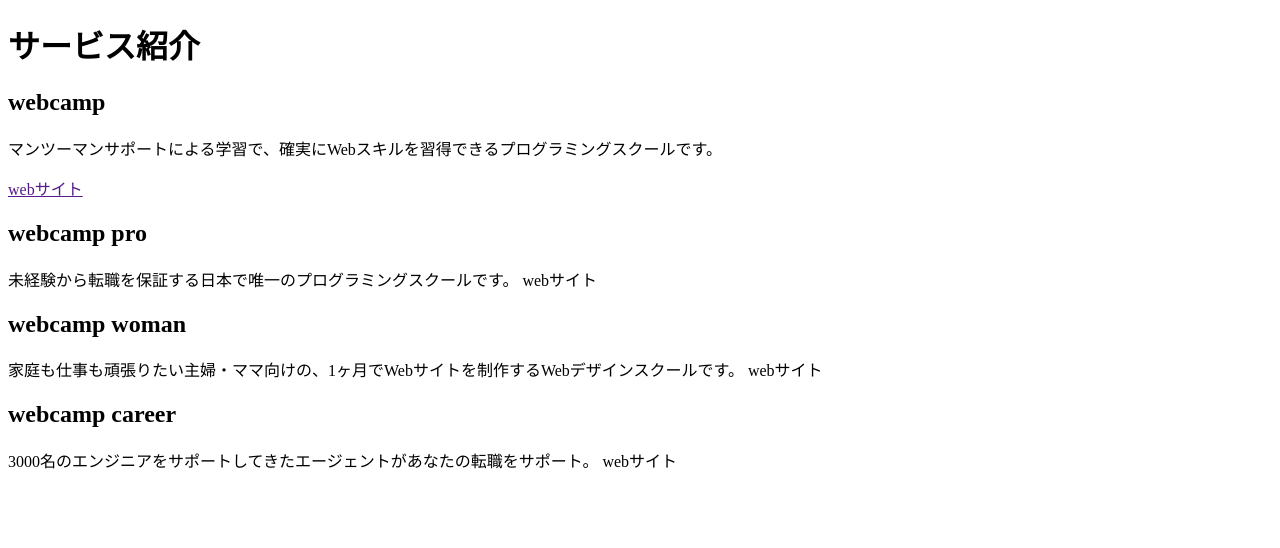
Repository: sutanuki/webcamp
Page: html,css/c2/index.html
The author's editor kept a record of every edit. The page is drawn from the files as they stood at one moment, then again after the next edit.
The browser window is 1280 px wide. The pictures show the whole page.

Above is the page before.

### html,css/c2/index.html
<!DOCTYPE html>
<html>
  <head>
    <meta charset=utf-8 />
    <title></title>
  </head>
  <body>
    <h1>サービス紹介</h1>
      <h2>webcamp</h2>
        <p>マンツーマンサポートによる学習で、確実にWebスキルを習得できるプログラミングスクールです。</p>
        <a href="">webサイト</a>
      <h2>webcamp pro</h2>
        <p>未経験から転職を保証する日本で唯一のプログラミングスクールです。
        webサイト
      <h2>webcamp woman</h2>
        <p>家庭も仕事も頑張りたい主婦・ママ向けの、1ヶ月でWebサイトを制作するWebデザインスクールです。
        webサイト
      <h2>webcamp career</h2>
        <p>3000名のエンジニアをサポートしてきたエージェントがあなたの転職をサポート。
        webサイト
  </body>
</html>

After the next edit:
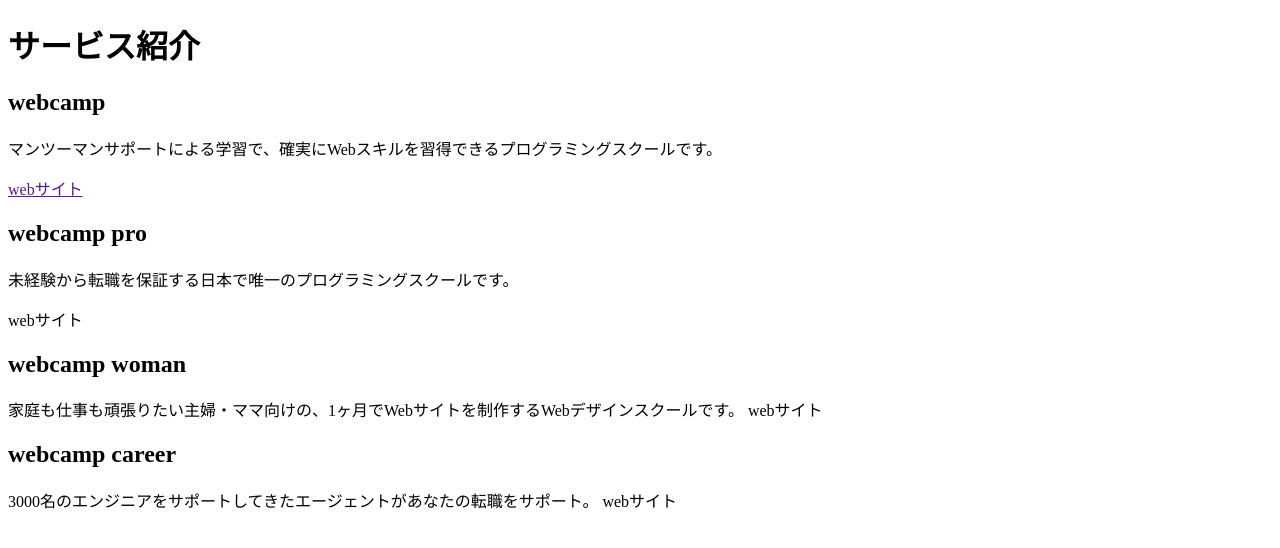
The edit:
--- a/html,css/c2/index.html
+++ b/html,css/c2/index.html
@@ -10,7 +10,7 @@
         <p>マンツーマンサポートによる学習で、確実にWebスキルを習得できるプログラミングスクールです。</p>
         <a href="">webサイト</a>
       <h2>webcamp pro</h2>
-        <p>未経験から転職を保証する日本で唯一のプログラミングスクールです。
+        <p>未経験から転職を保証する日本で唯一のプログラミングスクールです。</p>
         webサイト
       <h2>webcamp woman</h2>
         <p>家庭も仕事も頑張りたい主婦・ママ向けの、1ヶ月でWebサイトを制作するWebデザインスクールです。
